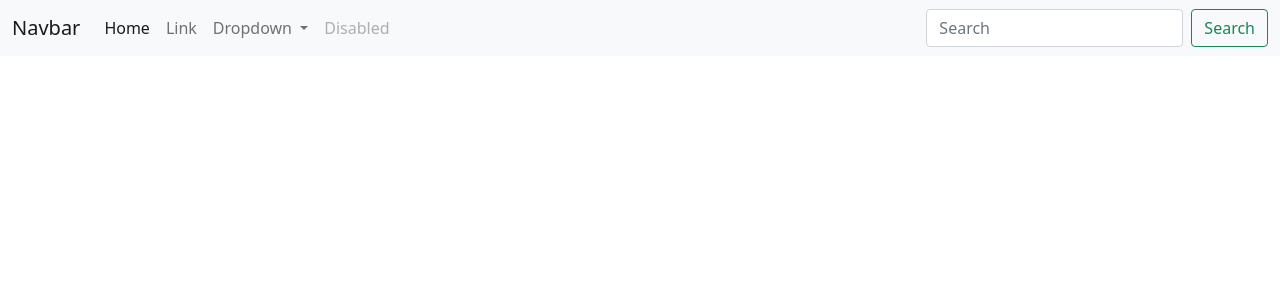
Repository: nptg3105/lab04-landing-page-boostrap5
Page: index.html
These files come from the project's save history. The page is drawn as it stood at one moment and after the next save; the edit follows.
The browser window is 1280 px wide. The pictures show the whole page.

Above is the page before, as saved 2021-12-17 06:16:49.

After the next save:
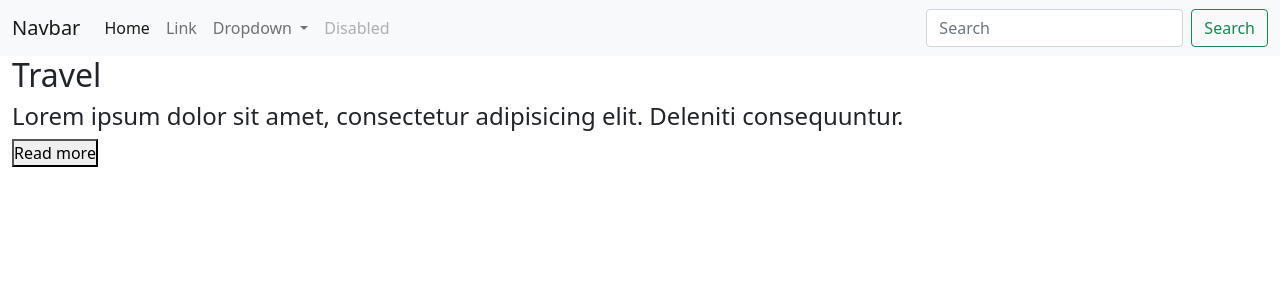
Saved 5 min 5 s later.
--- a/index.html
+++ b/index.html
@@ -76,7 +76,11 @@
         </div>
       </nav>
       <div class="hero">
-
+       <div class="container-fluid">
+         <h2>Travel</h2>
+         <h4>Lorem ipsum dolor sit amet, consectetur adipisicing elit. Deleniti consequuntur.</h4>
+         <button>Read more <i class="fa fa-book"></i></button>
+       </div>
       </div>
     </header>
 
